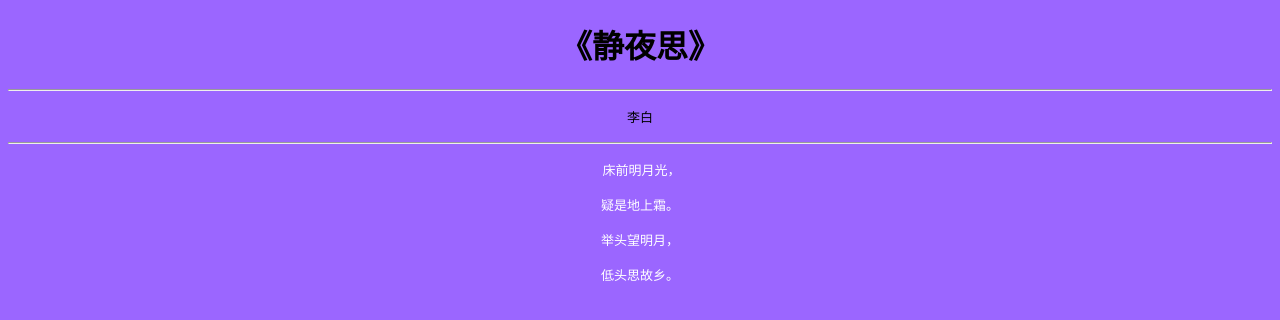
Repository: 13982720426/jsp-homework
Page: JSP实验课作业/JSP实验课1/sy2-4.html
An editor plug-in stored every save of this project. The page is shown before and after the next save, followed by the edit.
The browser window is 1280 px wide. The pictures show the whole page.

Above is the page before, as saved 2021-04-21 20:19:34.

### JSP实验课作业/JSP实验课1/sy2-4.html
<!DOCTYPE html>
<html>

<head>
    <meta charset="utf-8" />
    <title></title>
    <style>
        .divcss {
            text-align: center;
            color: "#ffffff"
        }
    </style>
</head>

<body text=black bgcolor='#9b66ff'>
    <div class="divcss">
        <h1>《静夜思》</h1>
        <hr />
        <p>
            <font size="2">李白</font>
            <hr />
        <p>
            <font size="2" color="#ffffff">&nbsp;床前明月光，</font>
        <p>
            <font size="2" color="#ffffff">疑是地上霜。</font>
        <p>
            <font size="2" color="#ffffff">举头望明月，</font>
        <p>
            <font size="2" color="#ffffff">低头思故乡。</font>
    </div>
</body>

</html>

After the next save:
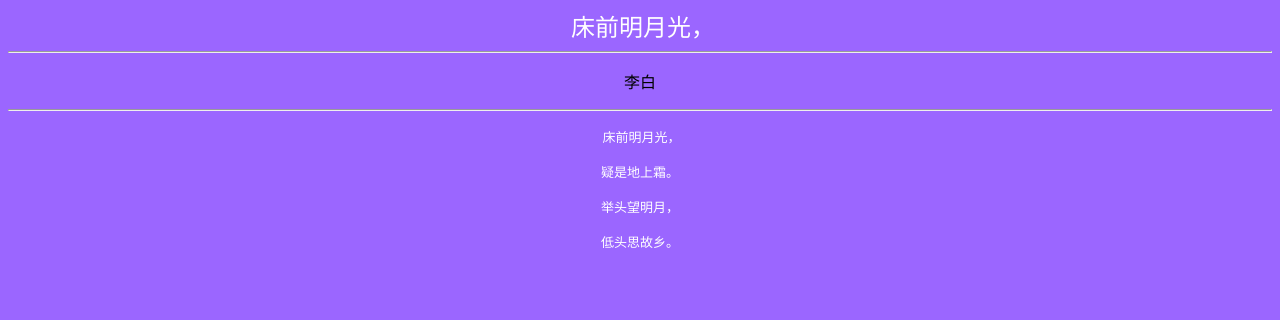
Saved 26 s later.
--- a/JSP实验课作业/JSP实验课1/sy2-4.html
+++ b/JSP实验课作业/JSP实验课1/sy2-4.html
@@ -14,10 +14,10 @@
 
 <body text=black bgcolor='#9b66ff'>
     <div class="divcss">
-        <h1>《静夜思》</h1>
+        <font size="5" color="#ffffff">&nbsp;床前明月光，</font>
         <hr />
         <p>
-            <font size="2">李白</font>
+            <font size="3">李白</font>
             <hr />
         <p>
             <font size="2" color="#ffffff">&nbsp;床前明月光，</font>
